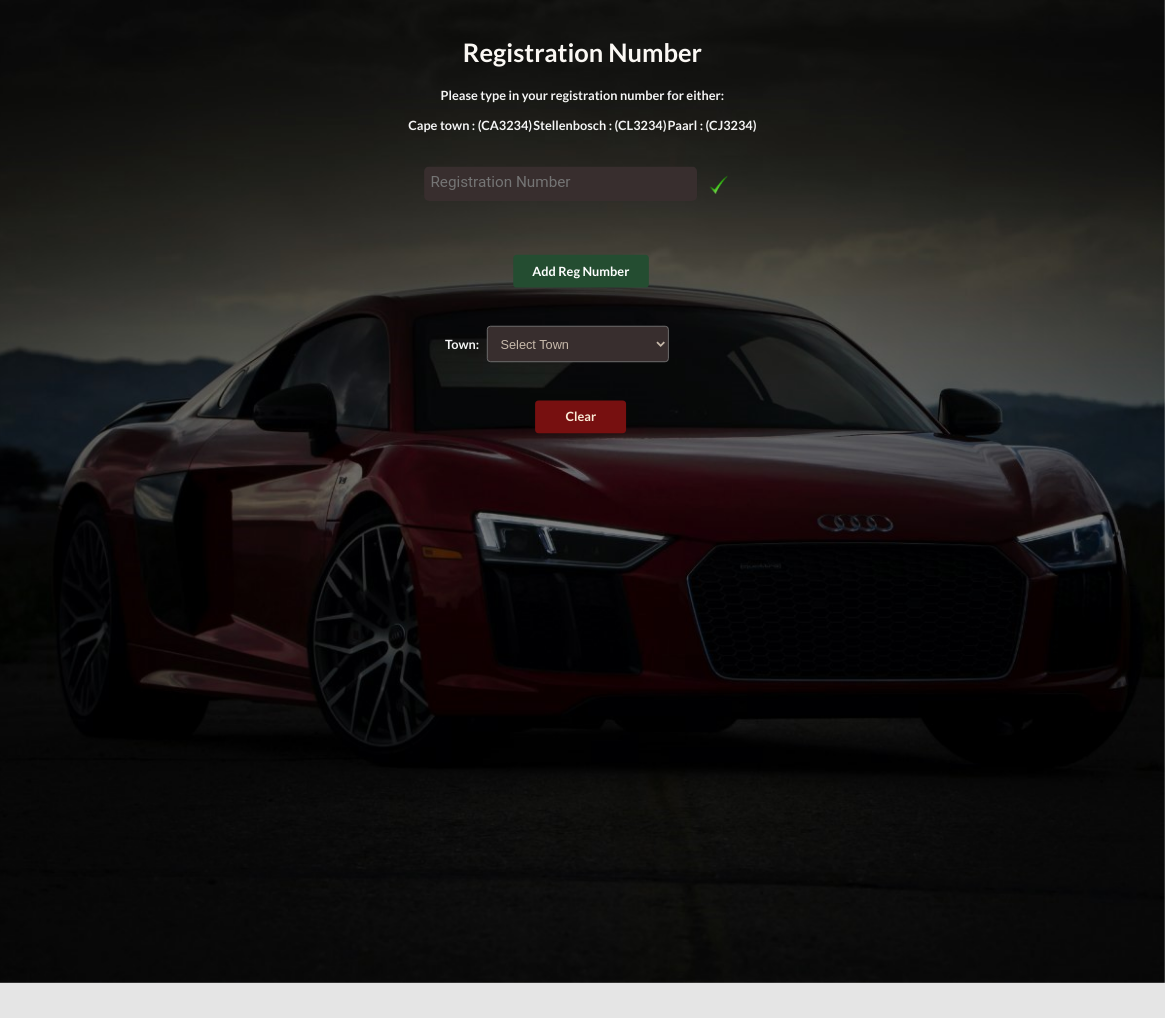
Repository: lasity34/Registration_number
Page: index.html
The author's editor kept a copy of each file at every save. The page is drawn from the files as they stood at one save, then again after the next save.
The browser window is 1280 px wide. The pictures show the whole page, at 91% of full size.

Above is the page before, as saved 2023-05-05 09:54:57.

### index.html
<!DOCTYPE html>
<html lang="en">
  <head>
    <meta charset="UTF-8" />
    <meta http-equiv="X-UA-Compatible" content="IE=edge" />
    <meta name="viewport" content="width=device-width, initial-scale=1.0" />
    <title>Registration number</title>

    <link href="./semantic.css" rel="stylesheet" type="text/css" />
    <link href="./style.css" rel="stylesheet" type="text/css" />
    <link rel="preconnect" href="https://fonts.googleapis.com" />
    <link rel="preconnect" href="https://fonts.gstatic.com" crossorigin />

    <link
      href="https://fonts.googleapis.com/css2?family=Arvo:ital@0;1&display=swap"
      rel="stylesheet"
    />
  </head>
  <body>
    <header>
      <h1>Registration Number</h1>
    </header>
    <div class="info">
      <h5>Please type in your registration number for either:</h5>
      <div class="info_town">
        <p>Cape town : (CA3234)</p>
        <p>Stellenbosch : (CL3234)</p>
        <p>Paarl : (CJ3234)</p>
      </div>
    </div>

    <section class="input_section">
      <div class="form__group">
        <input
          type="text"
          class="form__input"
          id="reg_num"
          placeholder="Registration Number"
        />
        <label for="reg_num" class="form__label">Registration Number</label>
      </div>

      <div class="validCheck">
        <div class="valid"></div>
        <p id="error"></p>
      </div>
    </section>
    <section class="btn_container">
      <button class="ui button add_btn">Add Reg Number</button>
    </section>

    <div class="message">
      <div class="added_item"></div>
    </div>
    <section class="select_town">
      <label for="dropdown">Town:</label>
      <select id="dropdown" name="dropdown">
        <option value="Select Town" class="town">Select Town</option>
        <option value="Cape Town" class="town">Cape Town</option>
        <option value="Stellenbosch" class="town">Stellenbosch</option>
        <option value="Paarl" class="town">Paarl</option>
      </select>
      <div class="space_select"></div>
    </section>
    <section class="btn_container clear">
      <button class="ui button clear_btn">Clear</button>
    </section>
    <section id="reg_display_container">
      <ul class="reg_display"></ul>
      <div class="error_image"></div>

      <p class="filter_message"></p>
    </section>

    <script src="./registration_factory.js"></script>
    <script src="./registration.js"></script>
    <script></script>
  </body>
</html>

<!-- !locationArr.some((reg) => reg.reg === regInput) -->

### style.css
html {
  background: url(./images/car_background.jpg) center / cover no-repeat;
  background-color: rgba(0, 0, 0, 0.1);
  height: 150vh;
  font-family: "Arvo", serif;
  font-weight: 700;
  color: #fff;
}

header {
  display: flex;
  justify-content: center;
  text-align: center;
  color: rgb(251, 248, 244);
  font-size: 1.4rem;
  margin-top: 2em;
}

.info {
  display: flex;
  flex-direction: column;
  align-items: center;
  margin: 1.5em auto;
  text-align: center;
}

.info_town {
  display: flex;
  justify-content: space-around;
  width: 30%;
}
/* input */
.input_section {
  display: flex;
  justify-content: center;
  align-content: center;
  margin-bottom: 2em;
}

.form__label {
  font-family: "Roboto", sans-serif;
  font-size: 1.2rem;
  text-align: center;
  margin-top: 0.7em;
  display: block;
  transition: all 0.3s;
  transform: translateY(0rem);
  color: rgb(213, 222, 222);
}

.form__input {
  font-family: "Roboto", sans-serif;
  color: #baa3a3;
  font-size: 1.2rem;
  margin: 0 auto;
  padding: 0.5rem;
  border-radius: 0.4rem;
  background-color: rgb(56, 46, 46);
  border: none;
  width: 20%;
  min-width: 300px;
  display: block;
  border-bottom: 0.3rem solid transparent;
  transition: all 0.3s;
}

.form__input:placeholder-shown + .form__label {
  opacity: 0;
  visibility: hidden;
  -webkit-transform: translateY(-4rem);
  transform: translateY(-4rem);
  color: aliceblue;
}

/* message */
.message {
  display: flex;
  justify-content: center;
}

.added_item {
  margin: 0 auto;
}

.message_container {
  position: relative;
  padding: 10px;
  width: 20%;
  margin: 30px 10px;
  box-shadow: 0 2px 5px rgba(0, 0, 0, 0.3);
  background: #124e23;
  color: #fff;
  text-align: center;
  -webkit-transition: all 0.5s ease;
  -moz-transition: all 0.5s ease;
  -ms-transition: all 0.5s ease;
  -o-transition: all 0.5s ease;
  transition: all 0.5s ease;
}
.message_container:hover {
  box-shadow: 0 15px 20px rgba(10, 0, 10, 0.3);
  -webkit-filter: brightness(110%);
}

.message_container.message {
  background: rgb(35, 185, 29);
}

/*  button */

.btn_container {
  display: flex;
  justify-content: center;
  margin-bottom: 3em;
}

.add_btn {
  background-color: #244d31;
  color: #fff;
}

.add_btn:hover {
  background-color: #226a31;
}

.clear {
  margin-bottom: 1em;
}

.clear_btn {
  width: 100px;
  background-color: rgb(119, 16, 16);
  color: antiquewhite;
}

.clear_btn:hover {
  background-color: rgb(174, 35, 35);
}

/* valid checker */
.validCheck {
  display: flex;

  height: 40px;
}

.valid {
  background-image: url("./images/green-tick\(2\).png");
  background-position: right center;
  background-repeat: no-repeat;
  width: 20px;
  margin-left: 1em;
}

.invalid {
  background-image: url("./images/close\(1\)\(1\).png");
  background-position: right center;
  background-repeat: no-repeat;
}

#error {
  margin-left: 1em;
  align-self: center;
}

/* licence plate */

#reg_display_container {
  display: flex;
  justify-content: center;
  align-items: center;

  flex-direction: column;
  text-align: center;
  list-style: none;
}

ul {
  display: flex;
  justify-content: center;
  flex-wrap: wrap;
  width: 50%;
}

li {
  list-style: none;
  font-size: 2rem;
  font-weight: bold;
  align-self: center;
  width: 30%;
  min-width: 150px;
  margin-right: 0.5em;
  margin-top: 0.5em;
  background-color: rgb(244, 244, 233);
  border: 3px solid black;
  border-radius: 10px;
  color: black;
  letter-spacing: 4px;
  padding: 0.6em 0;
}

@media only screen and (max-width: 968px) {
  .input_section {
    flex-direction: column;
    margin-bottom: 1em;
  }

  .form__input {
    width: 40%;
    min-width: 190px;
  }

  .btn-12 {
    margin-left: 35%;
  }

  .clear_btn {
    margin-left: 40%;
  }

  .validCheck {
    margin-top: 1em;
    align-self: center;
  }

  .info_town {
    flex-direction: column;
  }
}

@media only screen and (max-width: 468px) {
  .btn-12 {
    margin-left: 22%;
  }

  .clear_btn {
    margin-left: 30%;
  }

  li {
    margin-right: 50px;
  }
}

.select_town {
  display: flex;
  justify-content: center;
  margin-right: 4em;
  margin-bottom: 3em;
}

.select_town label {
  align-self: center;
  margin-right: 0.6em;
}

select {
  color: rgba(250, 235, 215, 0.742);
  padding: 10px;
  font-size: 1rem;

  border-radius: 4px;
  background-color: rgb(56, 46, 46);
  width: 200px;
}

option {
  margin: 1em 0;
  display: block;
}

.error_image {
  font-size: 1.4rem;
}

### registration_factory.js
function registrationNumber() {
  let regInput = "";
  let errorMessage = "";
  let addedMessage = "";
  let locationVal = "";
  const regexNumLet = /^[a-zA-Z0-9]*$/;
  const firstTwoLetterCheck = /^[a-zA-Z]{2,3}[a-zA-Z0-9]?[0-9]*(-[0-9]*)?$/;

  let locationArr = [];
  let filteredArr = [];

  //  input will make all letters uppercase
  //  remove all whitespace inbetween and around

  function setValueInput(input) {
    regInput = input
      .replace(/[a-zA-Z]/g, (letter) => letter.toUpperCase())
      .replace(/\s+/g, "")
      .trim();
  }

  //  gets location value
  function setLocationValue(location) {
    locationVal = location;
  }

  //  local storage saved
  function setSavedArr(registrationArray) {
    locationArr = registrationArray;
  }

  // filters locations and sets string names

  function getLocationFromPrefix(prefix) {
    const locations = {
      CL: "Stellenbosch",
      CA: "Cape Town",
      CJ: "Paarl",
    };

    return locations[prefix];
  }

  // Creates new object

  function addRegistrationNumber() {

    const location = getLocationFromPrefix(regInput.substring(0, 2));
    if (location && !locationArr.some((reg) => reg.reg === regInput)) {
      locationArr.push({
        reg: regInput,
        count: 0,
        regLocation: regInput.substring(0, 2),
        location: location,
      });
      addedMessage = `Licence plate has been added to ${location}`;
      return true;
    }
    return false;
  }

  // tests for error messagese

  function testValueInput() {
    if (regInput.length < 5) {
      errorMessage = "Too short";
    } else if (!firstTwoLetterCheck.test(regInput)) {
      errorMessage = "only First 2 must be letters";
    } else if (
      !["CJ","CL", "CA"].includes(regInput.substring(0, 2))
    ) {
      errorMessage = "Has to start with CA, CJ or CL";
    } else if (regInput.length >= 10) {
      errorMessage = "Too long";
    } else if (locationArr.some((reg) => reg.reg === regInput)) {
      errorMessage = "Already used";
    } else {
      errorMessage = "";
    }
  }

  // this will filter towns in their groups

  function filterReg() {

    if (locationVal === "Select Town") {
      filteredArr = locationArr.map((reg) => reg.reg);
    } else {
      filteredArr = locationArr
        .filter((reg) => reg.location === locationVal)
        .map((reg) => reg.reg);
    }
    console.log('filteredArr:', filteredArr);
  }

  //  this is a filter for just the town groups

  function filteredMessage() {
    let filterMessage = "";
    if (filteredArr.length === 0 && locationVal === "Select Town") {
       filterMessage = `The are no reg numbers for any town`;
    } else if (filteredArr.length === 0) {
       filterMessage = `The are no reg numbers for ${locationVal}`;
    }
    return filterMessage

  }

  // this will get the value of the groups

  function getValueInput() {
    if (regInput.length >= 5 &&
        regInput.length < 10 &&
        !locationArr.some((reg) => reg.reg === regInput) &&
        ["CJ","CL","CA"].includes(regInput.substring(0, 2)) && firstTwoLetterCheck.test(regInput)
    ) {
      return regInput;
    } else {
      return undefined;
    }
  }

  function getArr() {
    return locationArr;
  }

  function getFilteredArr() {
    return filteredArr;
  }

  function getErrorMessage() {
    return errorMessage;
  }


  function getMessage() {
    return addedMessage;
  }

  return {
    setValueInput,
    setLocationValue,
    getValueInput,
    testValueInput,
    getErrorMessage,
    addRegistrationNumber,
    getMessage,
    filterReg,
    getArr,
    getFilteredArr,
    setSavedArr,
    filteredMessage,
  };
}

### registration.js
const addRegNumBtn = document.querySelector(".add_btn");
const clearBtn = document.querySelector(".clear_btn");
const regInput = document.querySelector(".form__input");
const regDisplay = document.querySelector(".reg_display");
const errorMessage = document.querySelector("#error");
const validator = document.querySelector(".valid");
const townList = document.querySelector("#dropdown");
const town = document.querySelector(".town");
const messageDisplay = document.querySelector(".added_item");
const filterMessageDisplay = document.querySelector(".filter_message");
const errorImage = document.querySelector(".error_image");


//  Instance
const regInstance = registrationNumber();

displayRegNumbersOnRefresh()

// main functions
function displayRegNumbersOnRefresh() {
  let registrationNumbersArray = JSON.parse(localStorage.getItem("regNum")) || [];
  regInstance.setSavedArr(registrationNumbersArray);
  regInstance.setLocationValue(townList.value);

  if (Array.isArray(registrationNumbersArray)) {
    registrationNumbersArray.forEach((reg) => {
      appendRegToNumberList(reg.reg);
    });
  }
}

function appendRegToNumberList(regNumber) {
  const newLi = document.createElement("li");
  newLi.textContent = regNumber;
  regDisplay.appendChild(newLi);
}

function registrationNumAdd() {
  resetErrorMessages();
  const regValue = regInput.value.trim();
  regInstance.setValueInput(regValue);
  const reg = regInstance.getValueInput();


    if (reg && regInstance.addRegistrationNumber()) {
      const storedRegArr = regInstance.getArr();
      localStorage.setItem("regNum", JSON.stringify(storedRegArr));
      regInstance.filterReg();
      regDisplay.innerHTML = "";

      const newRegArr = regInstance.getFilteredArr() || [];
      newRegArr.forEach((reg) => {
        appendRegToNumberList(reg);
      });

      displayAddedMessage();
    }

  regInput.value = "";
}


// helper functions
function resetErrorMessages() {
  errorImage.innerHTML = "";
  filterMessageDisplay.innerHTML = "";
}

function displayAddedMessage() {
  messageDisplay.classList.add("message_container");
  messageDisplay.innerHTML = regInstance.getMessage();
  function timeout() {
    messageDisplay.classList.remove("message_container");
    messageDisplay.innerHTML = "";
  }
  setTimeout(timeout, 2000);
}

function inputValid() {
  const regValue = regInput.value;
  regInstance.setValueInput(regValue);
  regInstance.testValueInput();

  if (regInstance.getErrorMessage()) {
    errorMessage.innerHTML = regInstance.getErrorMessage();
    validator.classList.add("invalid");
  } else {
    validator.classList.remove("invalid");
    errorMessage.innerHTML = "";
  }
}

function clear() {
  const userConfirm = confirm("Are you sure you want to clear all data?");

  if (userConfirm) {
    localStorage.clear();
    errorMessage.innerHTML = "";
    regDisplay.innerHTML = "";
    regInput.value = "";
    townList.value = "Select Town";
    localStorage.setItem("regNum", JSON.stringify([]));
    regInstance.setSavedArr([]);
    resetErrorMessages();
  }
}

//  filters towns from the drop box
function selectTown() {
  regInstance.setLocationValue(townList.value);
  regInstance.filterReg();
  const filteredArr = regInstance.getFilteredArr();
  const filterMessage = regInstance.filteredMessage();
  filterMessageDisplay.innerHTML = filterMessage;
  displayFilteredArray(filteredArr);

  if (filteredArr.length === 0) {
    errorImage.innerHTML = '<img src="./images/not_found.svg" width="200"/>';
  } else {
    errorImage.innerHTML = "";
  }
}

function displayFilteredArray(filteredArr) {
  regDisplay.innerHTML = "";
  if (filteredArr) {
    filteredArr.forEach((reg) => {
      appendRegToNumberList(reg);
    });
  } else {
    regDisplay.innerHTML = "";
  }
}


townList.addEventListener("change", selectTown);
clearBtn.addEventListener("click", clear);
addRegNumBtn.addEventListener("click", registrationNumAdd);
regInput.addEventListener("input", inputValid);

Loaded but not shown: semantic.css (library)

After the next save:
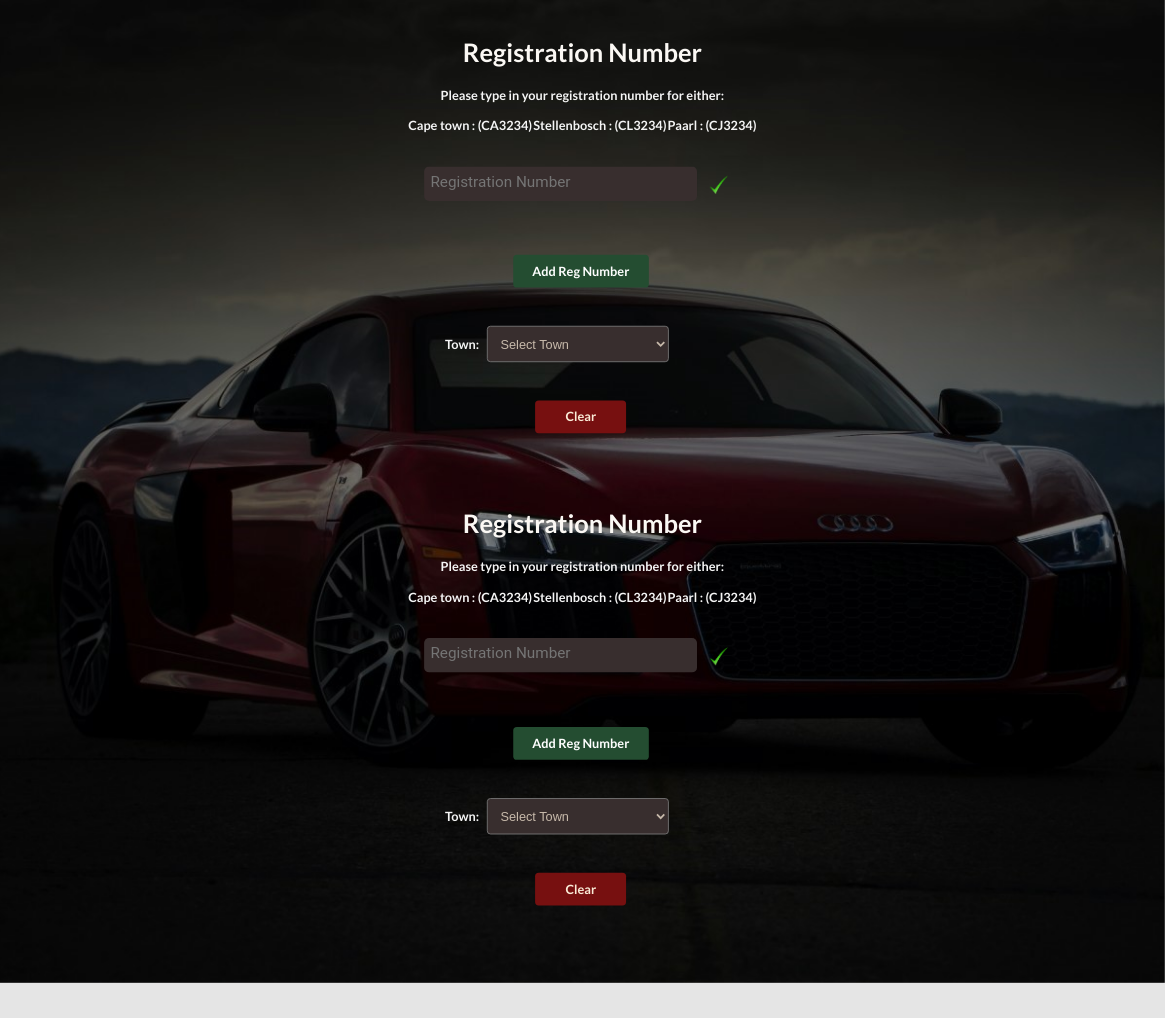
Console error: SyntaxError: Identifier 'addRegNumBtn' has already been declared
Saved 3 days later.
--- a/index.html
+++ b/index.html
@@ -17,6 +17,7 @@
     />
   </head>
   <body>
+    <section>
     <header>
       <h1>Registration Number</h1>
     </header>
@@ -75,6 +76,67 @@
     <script src="./registration_factory.js"></script>
     <script src="./registration.js"></script>
     <script></script>
+  </section>
+  <section>
+    <header>
+      <h1>Registration Number</h1>
+    </header>
+    <div class="info">
+      <h5>Please type in your registration number for either:</h5>
+      <div class="info_town">
+        <p>Cape town : (CA3234)</p>
+        <p>Stellenbosch : (CL3234)</p>
+        <p>Paarl : (CJ3234)</p>
+      </div>
+    </div>
+
+    <section class="input_section">
+      <div class="form__group">
+        <input
+          type="text"
+          class="form__input"
+          id="reg_num"
+          placeholder="Registration Number"
+        />
+        <label for="reg_num" class="form__label">Registration Number</label>
+      </div>
+
+      <div class="validCheck">
+        <div class="valid"></div>
+        <p id="error"></p>
+      </div>
+    </section>
+    <section class="btn_container">
+      <button class="ui button add_btn">Add Reg Number</button>
+    </section>
+
+    <div class="message">
+      <div class="added_item"></div>
+    </div>
+    <section class="select_town">
+      <label for="dropdown">Town:</label>
+      <select id="dropdown" name="dropdown">
+        <option value="Select Town" class="town">Select Town</option>
+        <option value="Cape Town" class="town">Cape Town</option>
+        <option value="Stellenbosch" class="town">Stellenbosch</option>
+        <option value="Paarl" class="town">Paarl</option>
+      </select>
+      <div class="space_select"></div>
+    </section>
+    <section class="btn_container clear">
+      <button class="ui button clear_btn">Clear</button>
+    </section>
+    <section id="reg_display_container">
+      <ul class="reg_display"></ul>
+      <div class="error_image"></div>
+
+      <p class="filter_message"></p>
+    </section>
+
+    <script src="./registration_factory.js"></script>
+    <script src="./registration.js"></script>
+    <script></script>
+  </section>
   </body>
 </html>
 
